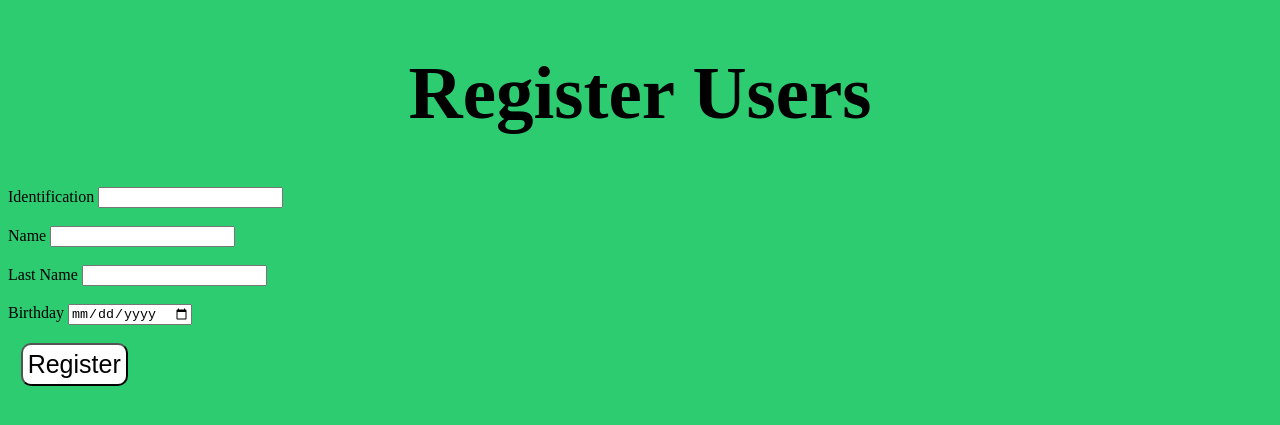
Repository: Grupo7cloud/app-cym-7
Page: http://localhost/register_page
The author's editor kept a record of every edit. The page is drawn from the files as they stood at one moment, then again after the next edit.
The browser window is 1280 px wide. The pictures show the whole page.
The page is served by the project's application, run on Flask 3 (server.py).

Above is the page before.

After the next edit:
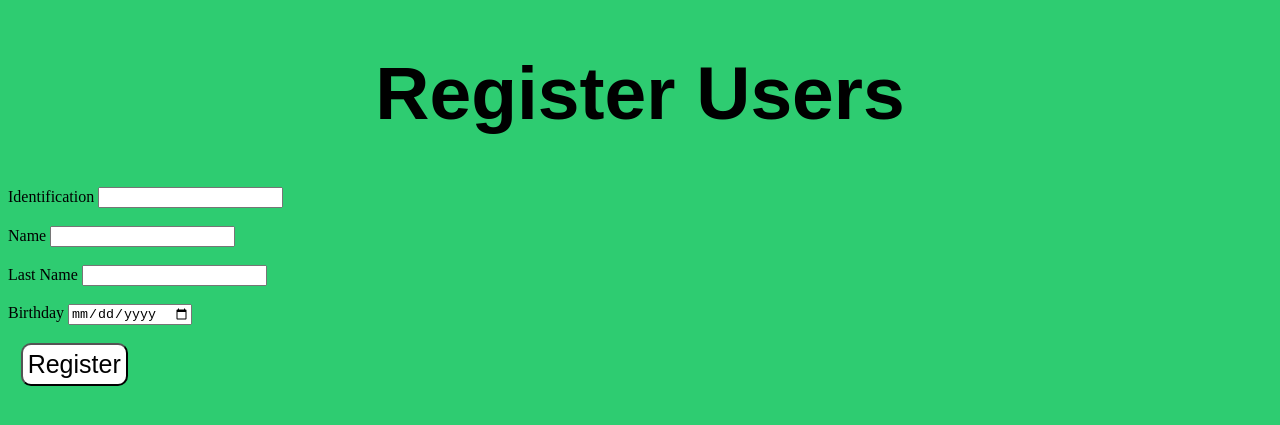
The edit:
--- a/static/css/styleRegister.css
+++ b/static/css/styleRegister.css
@@ -1,7 +1,10 @@
 h1   {
     text-align: center;
     font-size: 75px;
-    font-family: cursive;
+    font-family: sans-serif;
+}
+from {
+    text-align: center;
 }
 div {
     text-align: center;
